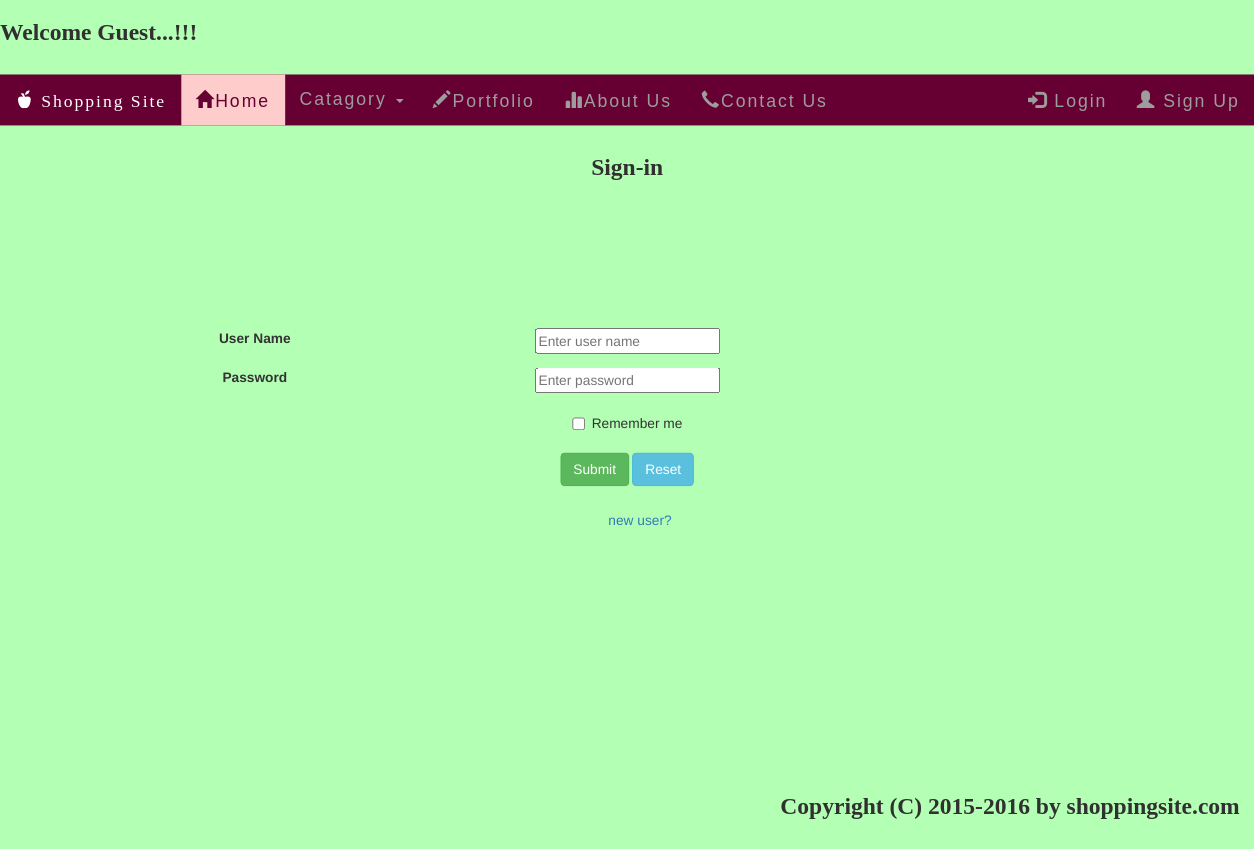
Repository: priyasuthakar/priya
Page: http://localhost/Apple/WEB-INF/views/login.jsp
These files come from the project's save history. The page is drawn as it stood at one moment and after the next save; the edit follows.
The browser window is 1280 px wide. The pictures show the whole page, at 98% of full size.
The page is served by Tomcat 9. Nobody is signed in. Other server files are loaded and not shown. The template is opened directly, without the code that normally fills it, so the values that code supplies are empty.

Above is the page before, as saved 2016-08-24 15:01:23.

### Apple/src/main/webapp/WEB-INF/views/login.jsp
<%@ page language="java" contentType="text/html; charset=ISO-8859-1"
	pageEncoding="ISO-8859-1"%>
<%@ taglib uri="http://java.sun.com/jsp/jstl/core" prefix="c"%>
<%@ taglib uri="http://www.springframework.org/tags" prefix="spring"%>
<%@ taglib uri="http://www.springframework.org/tags/form" prefix="form"%>
<%-- <%@ page session="false"%> --%>
<%@page isELIgnored="false"%>

<!DOCTYPE html PUBLIC "-//W3C//DTD HTML 4.01 Transitional//EN" "http://www.w3.org/TR/html4/loose.dtd">
<html>
<head>
<meta http-equiv="Content-Type" content="text/html; charset=ISO-8859-1">
<meta name="viewport" content="width=device-width, initial-scale=1">
<title>Login</title>
<!-- Latest compiled and minified CSS -->
<link rel="stylesheet"
	href="http://maxcdn.bootstrapcdn.com/bootstrap/3.3.6/css/bootstrap.min.css">

<!-- jQuery library -->
<script
	src="https://ajax.googleapis.com/ajax/libs/jquery/1.12.4/jquery.min.js"></script>

<!-- Latest compiled JavaScript -->
<script
	src="http://maxcdn.bootstrapcdn.com/bootstrap/3.3.6/js/bootstrap.min.js"></script>
<style>
h1 {
	font-size: 24px;
	color: #303030;
	font-weight: 600;
	margin-bottom: 30px;
	font-size: 24px;
}

.navbar {
	margin-bottom: 0;
	background-color: #660033;
	z-index: 9999;
	border: 0;
	font-size: 18px !important;
	line-height: 1.42857143 !important;
	letter-spacing: 2px;
	border-radius: 0;
	font-family: Montserrat, sans-serif;
}

.navbar .navbar-brand {
	color: #FFFFFF !important;
}

.navbar .li a {
	color: #FFF !important;
}

.navbar-nav li a:hover, .navbar-nav li.active a {
	color: #660033 !important;
	background-color: #FFCCCC !important;
}

.navbar-default .navbar-toggle {
	border-color: transparent;
	color: #FFCCCC !important;
}

footer .glyphicon {
	font-size: 24px;
	margin-bottom: 20px;
	color: #660033;
}
</style>

</head>
<body id="log" style="background-color: #b3ffb3">
	<%@include file="Header.jsp"%>
	<font face="Harlow Solid Italic"><h1>${successMessage}</h1></font>
	<font face="Harlow Solid Italic"><h1>${errorMessage}</h1></font>

	<center>
		<font face="Harlow Solid Italic"><h1>Sign-in</h1></font> <br> <br>
		<br> <br> <br> <br>
		<div class="container">
			<form action="login" method="post" commandName="user"
				class="form-horizontal" role="form">
				<center>
					<div class="control-group">
						<label class="col-lg-4">User Name</label>
						<div class="col-lg-4 controls">
							<input type="text" name="username" placeholder="Enter user name"
								required="true" title="should not be empty" />
						</div>
					</div>
					<br> <br>
					<div class="control-group">
						<label class="col-lg-4">Password</label>
						<div class="col-lg-4 controls">
							<input type="password" name="password"
								placeholder="Enter password" required="true"
								title="should not be empty" />
						</div>
					</div>
					<br> <br>
				</center>
				<div class="checkbox">
					<label><input type="checkbox"> Remember me</label>
				</div>
				<br>
				<div>
					<input type="submit" class="btn btn-success" /> <input
						type="reset" class="btn btn-info" />
				</div>
				<br>
				<div>

					<a href="reg"><input type="button" class="btn btn-link" />new
						user?</a>
				</div>
				<br> <br> <input type="hidden"
					name="${_csrf.parameterName }" value="${_csrf.token}" />
			</form>
		</div>
	</center>
	<br>
	<br>
	<br>
	<br>
	<br>
	<br>
	<br>
	<br>
	<br>
	<br>
	<footer class="container-fluid bg-4 text-center"> <%@include
		file="Footer.jsp"%> </footer>
</body>
</html>

### Apple/src/main/webapp/WEB-INF/views/Header.jsp
<%@ page language="java" contentType="text/html; charset=ISO-8859-1"
	pageEncoding="ISO-8859-1"%>
<%@ taglib uri="http://java.sun.com/jsp/jstl/core" prefix="c"%>
<!DOCTYPE html PUBLIC "-//W3C//DTD HTML 4.01 Transitional//EN" "http://www.w3.org/TR/html4/loose.dtd">
<html>
<head>
<meta http-equiv="Content-Type" content="text/html; charset=ISO-8859-1">
</head>
<body>
	<c:choose>
		<c:when test="${empty loggedInUser}">
			<font face="Harlow Solid Italic"><h1>Welcome Guest...!!!</h1></font>
		</c:when>
		<c:when test="${not empty loggedInUser}">
			<font face="Harlow Solid Italic"><h1>${loggedInUser}</h1></font>
		</c:when>
	</c:choose>
	<div class="responsive">
		<nav class="navbar navbar-inverse">
		<div class="container-fluid">
			<div class="navbar-header">
				<a class="navbar-brand"> <span class="glyphicon glyphicon-apple"></span>
					<font face="Script MT Bold"> Shopping Site </font>
				</a>
			</div>
			<ul class="nav navbar-nav">
				<li class="active"><a href="Home"><span
						class="glyphicon glyphicon-home"></span>Home</a></li>
				<li class="dropdown"><a class="dropdown-toggle"
					data-toggle="dropdown" href="#"> Catagory <span class="caret"></span></a>
					<ul class="dropdown-menu">
						<li><a href="product1?catname=Desktop">Desktop</a></li>
						<li><a href="product1?catname=Laptop">Laptop</a></li>
						<li><a href="product1?catname=Iphone">Iphone</a></li>
						<li><a href="product1?catname=Ipad">Ipad</a></li>
						<li><a href="product1?catname=Ipod">Ipod</a></li>
						<li><a href="product1?catname=Accessories">Accessories</a></li>
					</ul></li>
				<li><a href="portfolio"><span
						class="glyphicon glyphicon-pencil"></span>Portfolio</a></li>
				<li><a href="about"><span class="glyphicon glyphicon-stats"></span>About
						Us</a></li>
				<li><a href="contactus"><span
						class="glyphicon glyphicon-earphone"></span>Contact Us</a></li>
			</ul>
			<ul class="nav navbar-nav navbar-right">
					<c:choose>
					<c:when test="${empty loggedInUser}">
						<li><a href="login"><span
								class="glyphicon glyphicon-log-in"></span> Login</a></li>
						<li><a href="reg"><span class="glyphicon glyphicon-user"></span>
								Sign Up</a></li>
					</c:when>
					<c:when test="${not empty loggedInUser}">
					<li><a href="viewcart"><span
							class="glyphicon glyphicon-shopping-cart"></span>Cart</a></li>
						<li><a href="logout"><span
								class="glyphicon glyphicon-user"></span> Logout</a></li>
					</c:when>
				</c:choose>
			</ul>
		</div>
		</nav>
	</div>
</body>
</html>

### Apple/src/main/webapp/WEB-INF/views/Footer.jsp
<%@ page language="java" contentType="text/html; charset=ISO-8859-1"
    pageEncoding="ISO-8859-1"%>
<!DOCTYPE html PUBLIC "-//W3C//DTD HTML 4.01 Transitional//EN" "http://www.w3.org/TR/html4/loose.dtd">
<html>
<head>
<meta http-equiv="Content-Type" content="text/html; charset=ISO-8859-1">
<title>footer</title>
</head>
<body>
<nav>
<ul class="nav navbar-nav navbar-right">
<footer class="container-fluid bg-4 text-center">
  <font face="Harlow Solid Italic" color="#FFFFF"><h1>Copyright (C) 2015-2016 by shoppingsite.com </h1></font>
</footer>
</ul>
</nav>
</body>
</html>

After the next save:
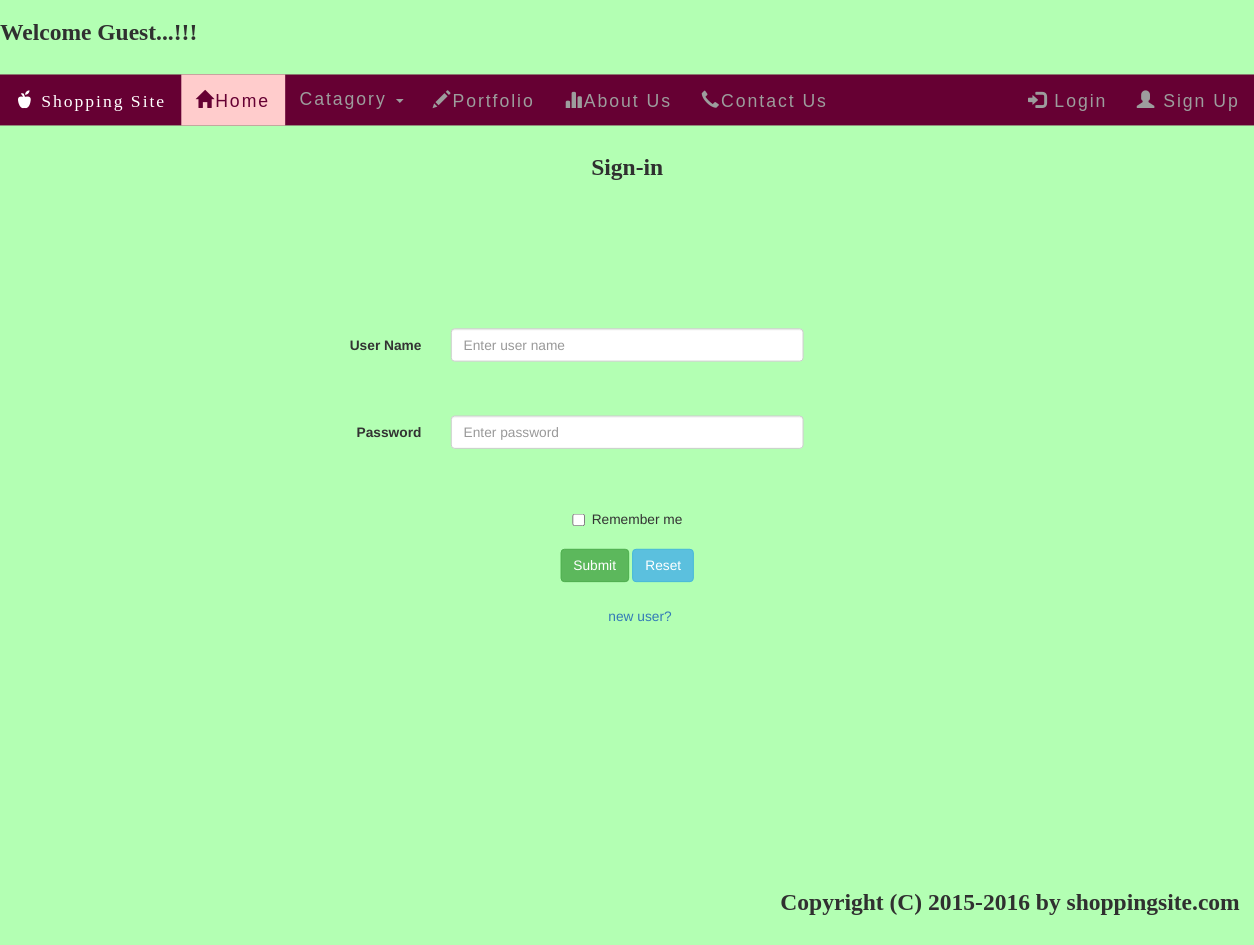
Saved 4 min 51 s later.
--- a/Apple/src/main/webapp/WEB-INF/views/login.jsp
+++ b/Apple/src/main/webapp/WEB-INF/views/login.jsp
@@ -82,18 +82,18 @@ footer .glyphicon {
 			<form action="login" method="post" commandName="user"
 				class="form-horizontal" role="form">
 				<center>
-					<div class="control-group">
-						<label class="col-lg-4">User Name</label>
-						<div class="col-lg-4 controls">
-							<input type="text" name="username" placeholder="Enter user name"
+					<div class="form-group">
+						<label class="col-lg-4 control-label">User Name</label>
+						<div class="col-lg-4 ">
+							<input class="form-control" type="text" name="username" placeholder="Enter user name"
 								required="true" title="should not be empty" />
 						</div>
 					</div>
 					<br> <br>
-					<div class="control-group">
-						<label class="col-lg-4">Password</label>
-						<div class="col-lg-4 controls">
-							<input type="password" name="password"
+					<div class="form-group">
+						<label class="col-lg-4 control-label">Password</label>
+						<div class="col-lg-4 ">
+							<input class="form-control" type="password" name="password"
 								placeholder="Enter password" required="true"
 								title="should not be empty" />
 						</div>
